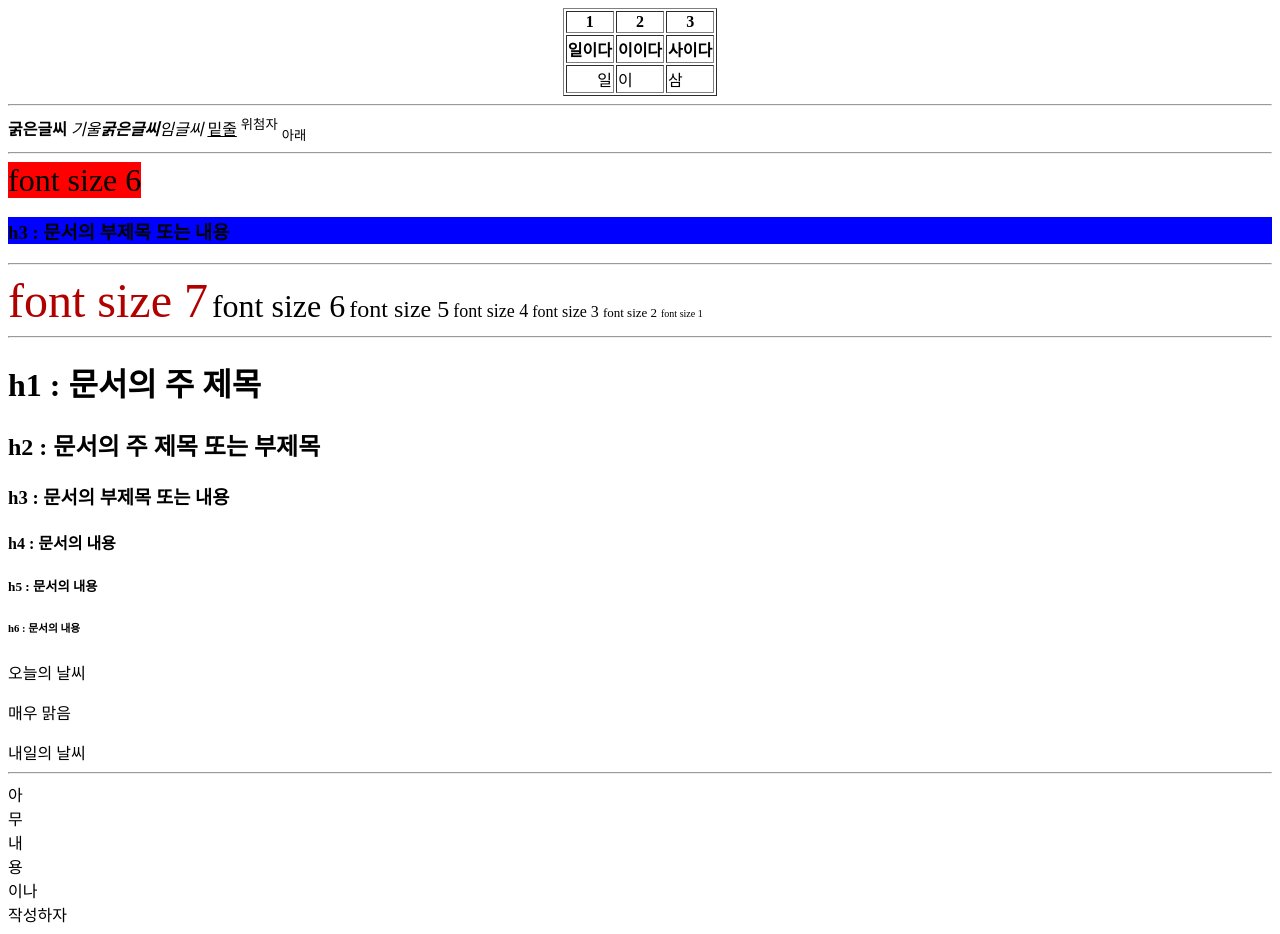
Repository: thswlsqls/JspWorkspace
Page: html/ex01.html
The author's editor kept a copy of each file at every save. The page is drawn from the files as they stood at one save, then again after a run of saves.
The browser window is 1280 px wide. The pictures show the whole page.

Above is the page before, as saved 2021-04-09 08:15:50.

### html/ex01.html
<!DOCTYPE html>
<html>
<head>
<meta charset="utf-8">
<title>Insert title here</title>
</head>
<!--
<body text="white" bgcolor="black">
 -->
<body>
	<table border="1" align="center">
		<tr>
			<th>1</th><th>2</th><th>3</th>
		</tr>
		<tr>
			<th>일이다</th><th>이이다</th><th>사이다</th>
		</tr>
		<tr>
			<td align="right">일</td><td>이</td><td>삼</td>
		</tr>
	</table>
<hr>
	<b>굵은글씨</b>
	<i>기울<b>굵은글씨</b>임글씨</i>
	<u>밑줄</u>
	<sup>위첨자</sup>
	<sub>아래</sub>
<hr>
	<font size="6" style="background-color:red">font size 6</font>
	<h3 style="background-color:blue">h3 : 문서의 부제목 또는 내용</h3>
<hr>
	<font size="7" color="blut" face="궁서체">font size 7</font>
	<font size="6">font size 6</font>
	<font size="5">font size 5</font>
	<font size="4">font size 4</font>
	<font size="3">font size 3</font>
	<font size="2">font size 2</font>
	<font size="1">font size 1</font>
<hr>
	<h1>h1 : 문서의 주 제목</h1>
	<h2>h2 : 문서의 주 제목 또는 부제목</h2>
	<h3>h3 : 문서의 부제목 또는 내용</h3>
	<h4>h4 : 문서의 내용</h4>
	<h5>h5 : 문서의 내용</h5>
	<h6>h6 : 문서의 내용</h6>
	오늘의 날씨
	<p>매우 맑음</p>
	내일의 날씨
<hr>
	아<br>무<br>내<br>용<br>
	이나<br>
	작성하자
<!--
	아무내용이나 작성1<br>
	<textarea></textarea>
	아무내용
 -->
</body>
</html>

After the next 2 saves:
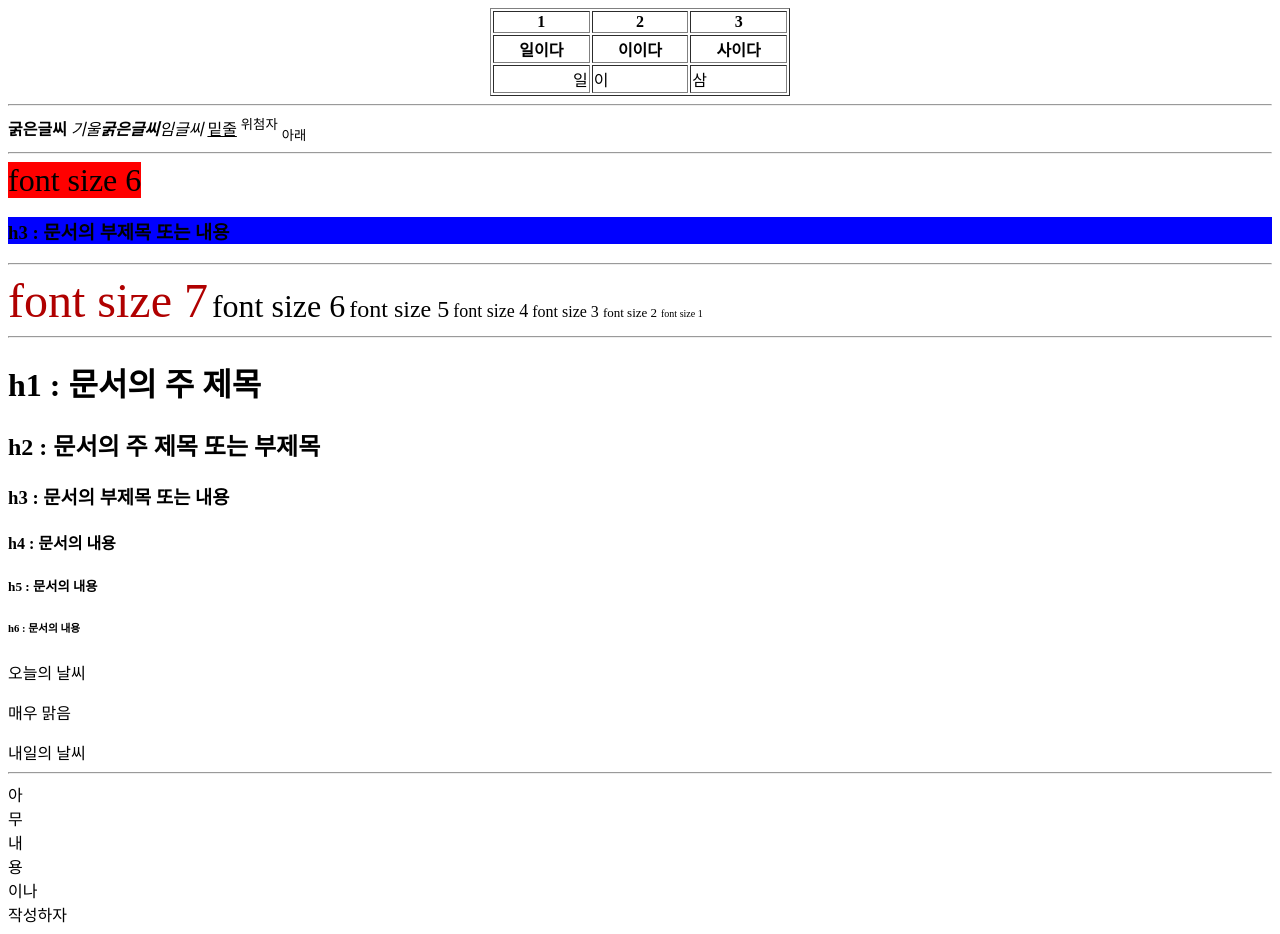
The 2 saves are shown as one change because they came seconds apart.
The last was saved 27 s later.
--- a/html/ex01.html
+++ b/html/ex01.html
@@ -8,7 +8,7 @@
 <body text="white" bgcolor="black">
  -->
 <body>
-	<table border="1" align="center">
+	<table border="1" align="center" width="300">
 		<tr>
 			<th>1</th><th>2</th><th>3</th>
 		</tr>
